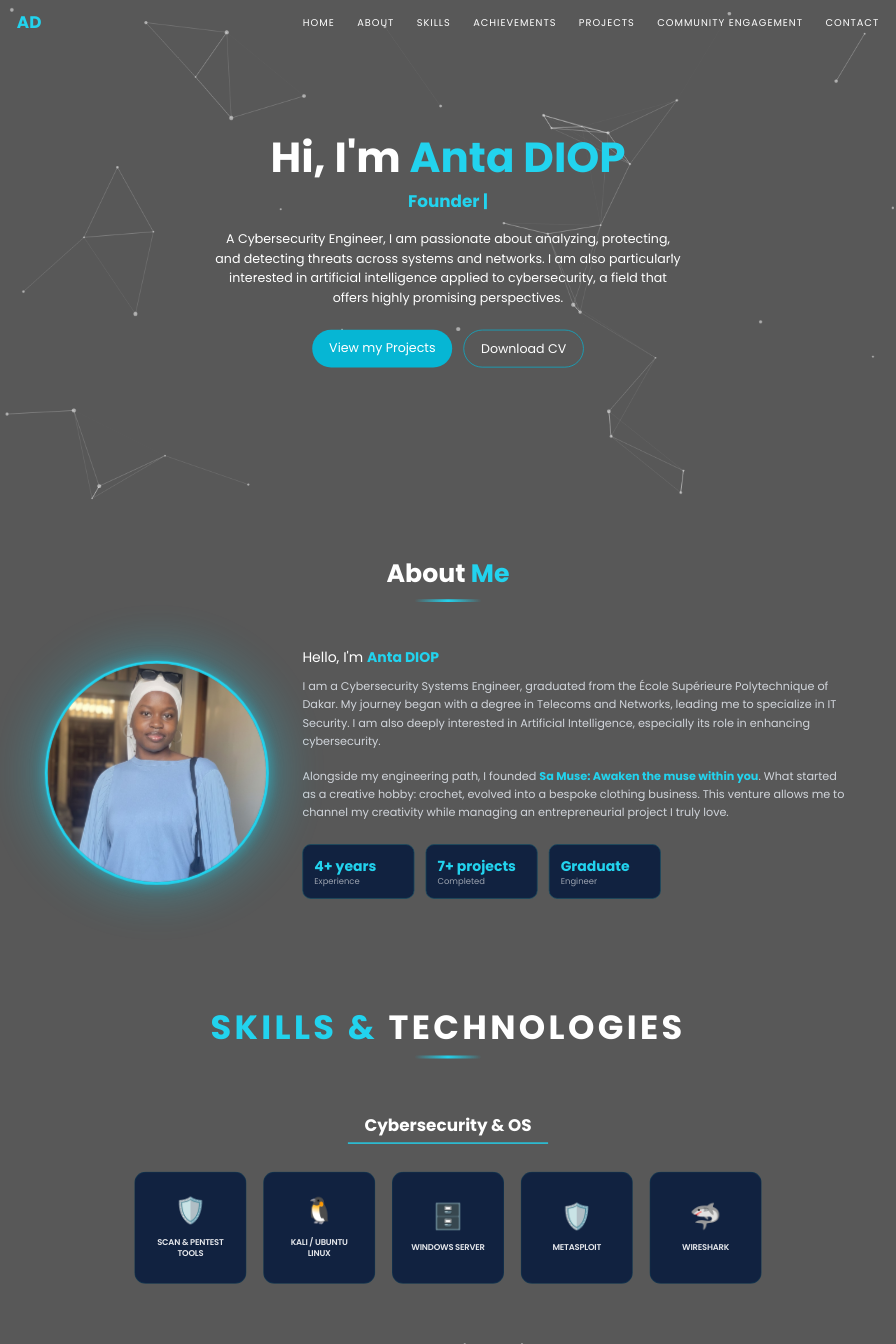
Repository: AntaaaKD/Mon-Portfolio
Page: /
The author's editor kept a copy of each file at every save. The page is drawn from the files as they stood at one save, then again after a run of saves.
The browser window is 1280 px wide. The pictures show the part of the page from y = 0 to 1920 px (the page is 8584 px tall), at 70% of full size.
The project was rebuilt for these pictures with package versions that can differ from the ones it lists, and the page was loaded fresh each time.

Above is the page before, as saved 2026-01-15 13:16:11.

After the next 7 saves:
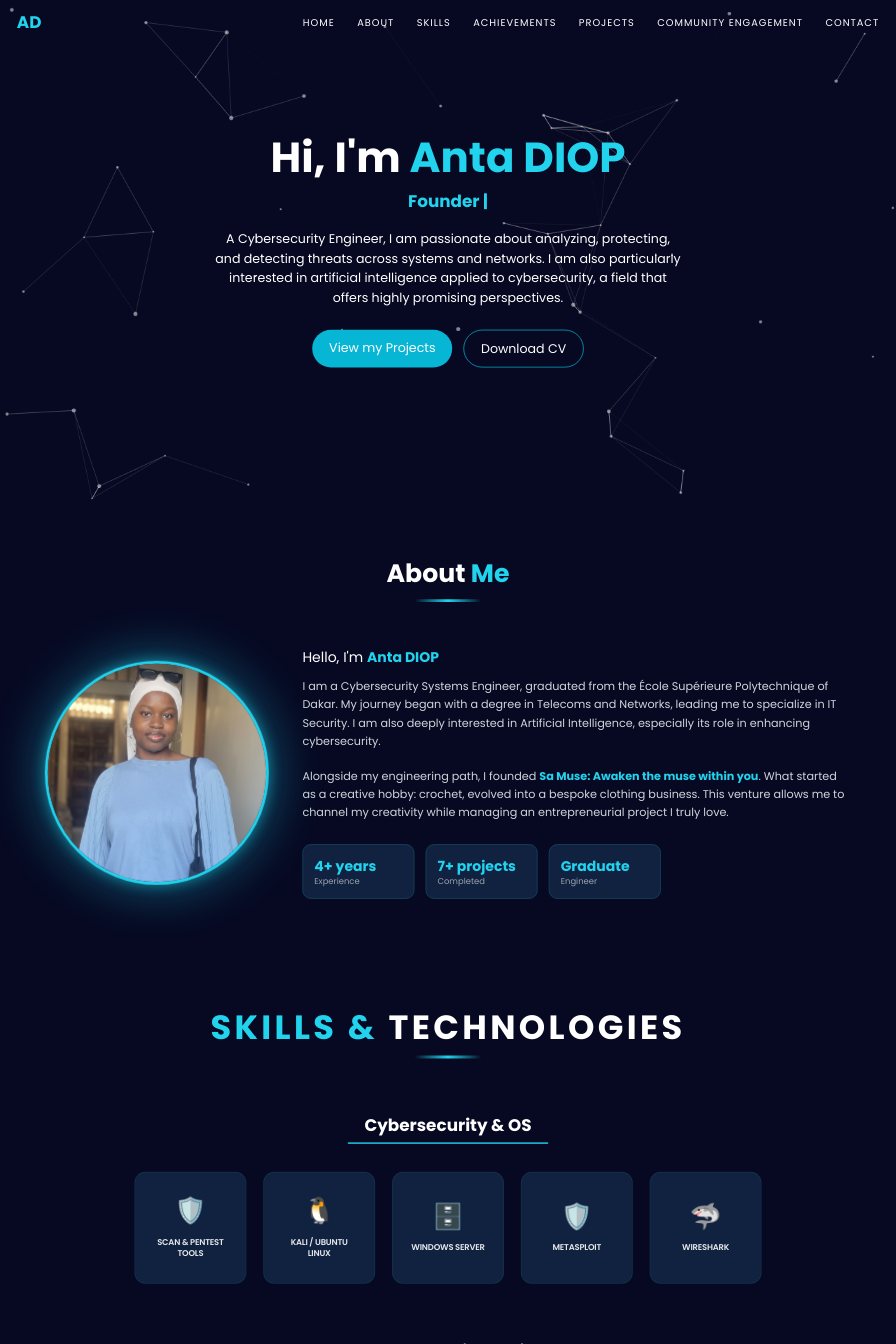
The 7 saves are shown as one change because they came seconds apart.
The last was saved 24 s later.
--- a/src/App.js
+++ b/src/App.js
@@ -11,7 +11,7 @@ import ParticlesBackground from './components/ParticlesBackground';
 
 function App() {
   return (
-    <div className="relative bg-[#000000a7] min-h-screen text-white overflow-x-hidden">
+    <div className="relative bg-[#070922] min-h-screen text-white overflow-x-hidden">
       {/* 1. Fond de particules */}
       <ParticlesBackground />
 
